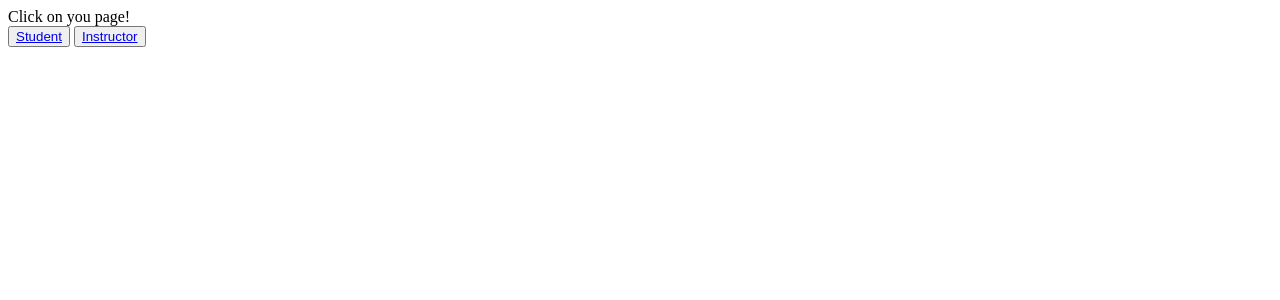
Repository: sanjukthas/NumberUtility
Page: http://localhost/HarrisonCollege/Home.jsp
The author's editor kept a copy of each file at every save. The page is drawn from the files as they stood at one save, then again after the next save.
The browser window is 1280 px wide. The pictures show the whole page.
The page is served by Tomcat 9.

Above is the page before, as saved 2016-07-22 15:12:30.

After the next save:
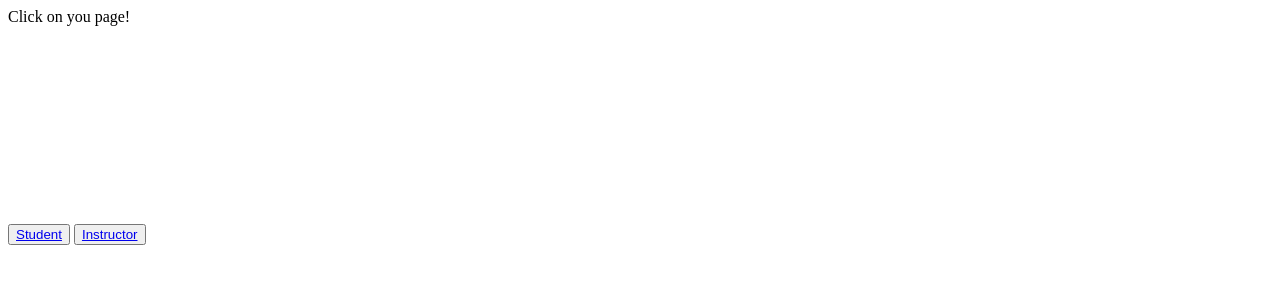
Saved 81 s later.
--- a/HarrisonCollege/WebContent/Home.jsp
+++ b/HarrisonCollege/WebContent/Home.jsp
@@ -10,7 +10,8 @@
 </head>
 <body>
     Click on you page!
-
+<br><br><br><br><br><br>
+<br><br><br><br><br><br>
 
 <div class="container">
 
